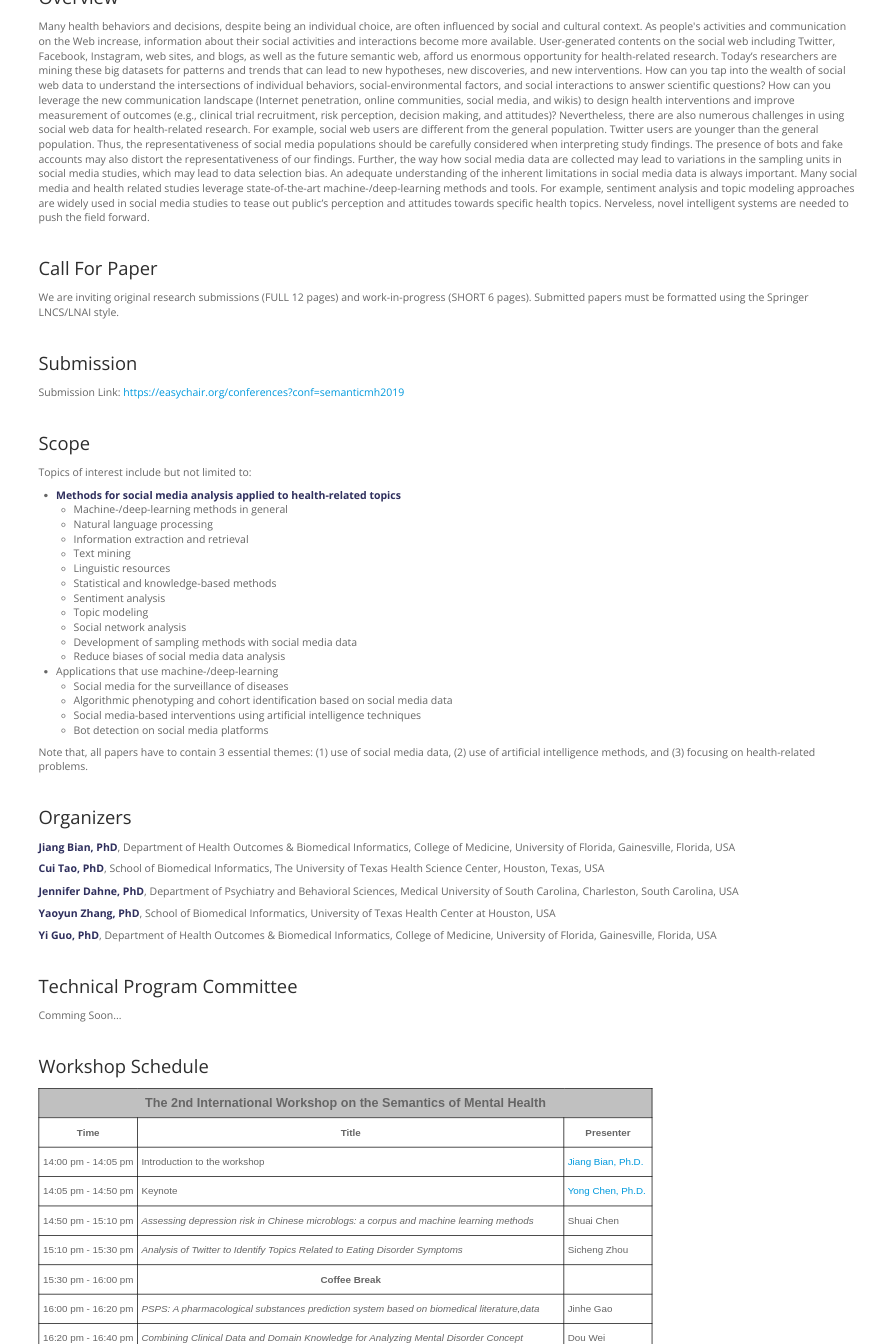
Repository: bianjiang/semantics-powered.org
Page: ISSWHR-2020/index.html
An editor plug-in stored every save of this project. The page is shown before and after a run of saves, followed by the edit.
The browser window is 1280 px wide. The pictures show the part of the page from y = 405 to 2325 px (the page is 2612 px tall), at 70% of full size.
Some web libraries are served in a nearby version.

Above is the page before, as saved 2019-10-26 17:02:40.
Console error (its wording comes from the project's code and is left out).

### ISSWHR-2020/index.html
<!DOCTYPE html>
<!--[if lt IE 7]>      <html class="no-js lt-ie9 lt-ie8 lt-ie7"> <![endif]-->
<!--[if IE 7]>         <html class="no-js lt-ie9 lt-ie8"> <![endif]-->
<!--[if IE 8]>         <html class="no-js lt-ie9"> <![endif]-->
<!--[if gt IE 8]><!-->
<html class="no-js">
<!--<![endif]-->

<head>
  <meta charset="utf-8">
  <meta http-equiv="X-UA-Compatible" content="IE=edge,chrome=1">
  <title></title>
  <meta name="description" content="">
  <meta name="viewport" content="width=device-width">

  <link rel="stylesheet" href="css/bootstrap.min.css">
  <style>
    body {
      padding-top: 60px;
      padding-bottom: 40px;
    }
  </style>
  <link rel="stylesheet" href="css/bootstrap-responsive.min.css">
  <link rel="stylesheet" href="css/main.css">

  <script src="js/vendor/modernizr-2.6.2-respond-1.1.0.min.js"></script>
</head>

<body class="preview" id="top" data-spy="scroll" data-target=".subnav" data-offset="80">
  <!--[if lt IE 7]>
            <p class="chromeframe">You are using an <strong>outdated</strong> browser. Please <a href="http://browsehappy.com/">upgrade your browser</a> or <a href="http://www.google.com/chromeframe/?redirect=true">activate Google Chrome Frame</a> to improve your experience.</p>
        <![endif]-->

  <!-- This code is taken from http://twitter.github.com/bootstrap/examples/hero.html -->

  <div class="navbar navbar-fixed-top">
    <div class="navbar-inner">
      <div class="container">

        <a class="btn btn-navbar" data-toggle="collapse" data-target=".nav-collapse">
                        <span class="icon-bar"></span>
                        <span class="icon-bar"></span>
                        <span class="icon-bar"></span>
                    </a>
        <a class="brand" href="#">&nbsp;</a>
        <div class="nav-collapse collapse">
          <ul class="nav">
            <li class="active"><a href="#">Home</a></li>
            <!--
                            <li><a href="#aboutxx">About</a></li>
                            <li><a href="#contact">Contact</a></li>
                            -->
          </ul>
        </div>

      </div>

    </div>
  </div>

  <div class="container">

    <!-- Main hero unit for a primary marketing message or call to action -->
    <!--
            <div class="hero-unit">
                <h1>Hello, world!</h1>
                <p>This is a template for a simple marketing or informational website. It includes a large callout called the hero unit and three supporting pieces of content. Use it as a starting point to create something more unique.</p>
                <p><a class="btn btn-primary btn-large">Learn more &raquo;</a></p>
            </div>
            -->
    <!-- Masthead
================================================== -->
    <header class="jumbotron subhead" id="overview">
      <div class="row">
        <div class="span12">
          <br/>
          <h2>Intelligent Systems in Social Web and Health Research 2020 (ISSWHR 2020)</h2>
          <p>In conjunction with the <a href="https://jsasaki3.wixsite.com/ieaaie2020" target="_blank">The 33th International Conference on Industrial, Engineering & Other Applications of Applied Intelligent Systems</a> (IEA/AIE 2020)</p>
          <p>To be held in Kitakyushu, Japan</p>
          <p>July 21-24, 2020</p>
        </div>
        <div class="span6">
          <!--
      <div class="bsa well">
          <div id="bsap_1277971" class="bsarocks bsap_c466df00a3cd5ee8568b5c4983b6bb19"></div>
      </div>
    -->
        </div>
      </div>
      <div class="subnav">
        <ul class="nav nav-pills">
          <li><a href="#history">History</a></li>
          <li><a href="#overview">Overview</a></li>
          <!-- <li><a href="#audience">Audience</a></li> -->
          <li><a href="#callforpaper">Call For Paper</a></li>
          <li><a href="#submissions">Submission</a></li>
          <!-- <li><a href="#rational">Rational</a></li>
          <li><a href="#workshopstructure">Workshop Structure</a></li> -->
          <!-- <li><a href="#publicity">Publicity</a></li> -->
          <li><a href="#scope">Scope</a></li>
          <li><a href="#organizers">Organizers</a></li>
          <li><a href="#techprogcom">Technical Program Committee</a></li>
        </ul>
      </div>
    </header>

    <!-- <section id="History">
      <div class="row">
        <div class="span12">
          <h3>History</h3>
          <p>The 1st International Workshop on the Semantics of Mental Health (SemanticMH 2018) was successfully organized and hosted in conjunction with the sixth IEEE International Conference on Healthcare Informatics (ICHI 2018) on June 7th, 2018 in New York City, NY, USA.  Overall, we received 7 high quality submissions and we accepted 6 of them.  The accepted papers were published in the IEEE ICHI 2018 workshop proceedings; and we invited the authors of these 6 accepted papers to submit an extended journal version to a special issue (“Special Issue: Semantics of Mental Health”) in the Health Informatics Journal (IF 3.021).
           All authors presented their work in ICHI 2018; and we have invited two keynote speakers (i.e., Drs. Jessie Tenenbaum and Piper Ranallo) from the Mental Health Informatics Working Group (WG) of the American Medical Informatics Association (AMIA) to present a report from the WG titled, “Mental Health Informatics and Knowledge Representation.”  Overall, SemanticsMH 2018 was highly successful and facilitated the exchange of scholar ideas from a group of interdisciplinary researches.
        </p>
        </div>
      </div>
    </section> -->

    <section id="overview">
      <div class="row">
        <div class="span12">
          <h3>Overview</h3>
          <p>Many health behaviors and decisions, despite being an individual choice, are often influenced by social and cultural context.  As people's activities and communication on the Web increase, information about their social activities and interactions become more available.  User-generated contents on the social web including Twitter, Facebook, Instagram, web sites, and blogs, as well as the future semantic web, afford us enormous opportunity for health-related research.  Today’s researchers are mining these big datasets for patterns and trends that can lead to new hypotheses, new discoveries, and new interventions.  How can you tap into the wealth of social web data to understand the intersections of individual behaviors, social-environmental factors, and social interactions to answer scientific questions?  How can you leverage the new communication landscape (Internet penetration, online communities, social media, and wikis) to design health interventions and improve measurement of outcomes (e.g., clinical trial recruitment, risk perception, decision making, and attitudes)?

            Nevertheless, there are also numerous challenges in using social web data for health-related research.  For example, social web users are different from the general population.  Twitter users are younger than the general population.  Thus, the representativeness of social media populations should be carefully considered when interpreting study findings.  The presence of bots and fake accounts may also distort the representativeness of our findings.  Further, the way how social media data are collected may lead to variations in the sampling units in social media studies, which may lead to data selection bias.  An adequate understanding of the inherent limitations in social media data is always important.

            Many social media and health related studies leverage state-of-the-art machine-/deep-learning methods and tools.  For example, sentiment analysis and topic modeling approaches are widely used in social media studies to tease out public’s perception and attitudes towards specific health topics.  Nerveless, novel intelligent systems are needed to push the field forward.
            </p>
        </div>
      </div>
    </section>

    <!-- <section id="audience">
      <div class="row">
        <div class="span12">
          <h3>Audience</h3>
          <p>The goal of this workshop is to bring experts in the field of natural language processing, knowledge representation, knowledge management, and health data analytics to discuss innovative analytical methods, applications, and tools to address problems in mental health.
        </p>
        </div>
      </div>
    </section> -->

    <section id="callforpaper">
      <div class="row">
        <div class="span12">
          <h3>Call For Paper</h3>
          <p>We are inviting original research submissions (FULL 12 pages) and work-in-progress (SHORT 6 pages).  Submitted papers must be formatted using the Springer LNCS/LNAI style.</p>
        </div>
      </div>
    </section>

    <section id="submissions">
      <div class="row">
        <div class="span12">
          <h3>Submission</h3>
          <p>Submission Link: <a href="https://easychair.org/conferences?conf=semanticmh2019" target="_blank">https://easychair.org/conferences?conf=semanticmh2019</a></p>
        </div>
      </div>
    </section>
    <!-- <section id="rational">
      <div class="row">
        <div class="span12">
          <h3>Rational</h3>
          <p>Our proposed workshop aims to provide an international platform for the researchers and scientists in the mental health communities to demonstrate research progresses, share ideas, address questions, and promote collaborations for better representation and analysis of mental health-related terminologies and clinical and research data.
        </p>
        </div>
      </div>
    </section> -->

    <!-- <section id="workshopstructure">
      <div class="row">
        <div class="span12">
          <h3>Workshop Structure</h3>
          <p>We propose a half-day SemanticMH workshop for this year. We will arrange 3 hours for paper presentations and 1 hour for extensive discussions. Different sessions will be arranged based on the topics of presentations. Depending on the number of papers accepted for presentation, each paper presentation will be restricted to 10-25 minutes for a full-length paper, and 5-15 minutes for a short-length paper. All the papers will be submitted and handled through EasyChair and go through peer reviews by at least two reviewers. After the full papers are accepted, we will work with the Health Informatics editors and reviewers to decide which papers will be formally invited for extension to be included in a thematic series in the Health Informatics journal.
        </p>
        </div>
      </div>
    </section>


    <section id="publicity">
      <div class="row">
        <div class="span12">
          <h3>Publicity</h3>
          <p>Various methods will be used for advertisement, including: (i) posting in email mailing lists and through private emails; (ii) creating a workshop discussion email list address and using it for sharing news and posting, (iii) posting in influential websites, (iv) phone calls to colleagues and friends who may be interested, (v) generating a workshop website dedicated to this event, and inviting potential attendees to visit, and (vi) generating a social networking website in LinkedIn to attract public attention, participation, and discussion. The main difference between the workshop website and the LinkedIn website will be that the workshop website is dedicated for posting the workshop information, and the LinkedIn website is used for social networking.
        </p>
        </div>
      </div>
    </section> -->

    <section id="scope">

      <div class="row">
        <div class="span12">
          <h3>Scope</h3>
          <p>Topics of interest include but not limited to:</p>
          <ul>
            <li>
              <b>Methods for social media analysis applied to health-related topics</b>
              <ul>
                <li>Machine-/deep-learning methods in general</li>
                <li>Natural language processing</li>
                <li>Information extraction and retrieval</li>
                <li>Text mining</li>
                <li>Linguistic resources</li>
                <li>Statistical and knowledge-based methods</li>
                <li>Sentiment analysis</li>
                <li>Topic modeling</li>
                <li>Social network analysis</li>
                <li>Development of sampling methods with social media data</li>
                <li>Reduce biases of social media data analysis</li>
              </ul>
            </li>
            <li>Applications that use machine-/deep-learning
              <ul>
                <li>Social media for the surveillance of diseases</li>
                <li>Algorithmic phenotyping and cohort identification based on social media data</li>
                <li>Social media-based interventions using artificial intelligence techniques</li>
                <li>Bot detection on social media platforms</li>
              </ul>
            </li>
          </ul>
          <p>Note that, all papers have to contain 3 essential themes: (1) use of social media data, (2) use of artificial intelligence methods, and (3) focusing on health-related problems.</p>
        </div>
      </div>
    </section>

    <section id="organizers">
      <div class="row">
        <div class="span12">
          <h3>Organizers</h3>
          <p><b>Jiang Bian, PhD</b>, Department of Health Outcomes & Biomedical Informatics, College of Medicine, University of Florida, Gainesville, Florida, USA</p>
          <p><b>Cui Tao, PhD</b>, School of Biomedical Informatics, The University of Texas Health Science Center, Houston, Texas, USA</p>
          <p><b>Jennifer Dahne, PhD</b>, Department of Psychiatry and Behavioral Sciences, Medical University of South Carolina, Charleston, South Carolina, USA</p>
          <p><b>Yaoyun Zhang, PhD</b>, School of Biomedical Informatics, University of Texas Health Center at Houston, USA</p></p>
          <p><b>Yi Guo, PhD</b>, Department of Health Outcomes & Biomedical Informatics, College of Medicine, University of Florida, Gainesville, Florida, USA</p></p>
        </div>
      </div>
    </section>

    <section id="techprogcom">
      <div class="row">
        <div class="span12">
          <h3>Technical Program Committee</h3>
          <p>Comming Soon...</p>
        </div>
      </div>
    </section>

    <section id="schedule">
      <div class="row">
        <div class="span12">
          <h3>Workshop Schedule</h3>
          <div>
            <style type="text/css">
              .tg  {border-collapse:collapse;border-spacing:0;}
              .tg td{font-family:Arial, sans-serif;font-size:14px;padding:10px 5px;border-style:solid;border-width:1px;overflow:hidden;word-break:normal;border-color:black;}
              .tg th{font-family:Arial, sans-serif;font-size:14px;font-weight:normal;padding:10px 5px;border-style:solid;border-width:1px;overflow:hidden;word-break:normal;border-color:black;}
              .tg .tg-s6z2{text-align:center}
              .tg .tg-baqh{text-align:center;vertical-align:top}
              .tg .tg-j8xs{font-weight:bold;font-size:18px;background-color:#c0c0c0;text-align:center;vertical-align:top}
              .tg .tg-hgcj{font-weight:bold;text-align:center}
              .tg .tg-amwm{font-weight:bold;text-align:center;vertical-align:top}
              .tg .tg-s268{text-align:left}
              .tg .tg-0lax{text-align:left;vertical-align:top}
              .tg .tg-8zwo{font-style:italic;text-align:left;vertical-align:top}
              </style>
              <table class="tg" style="undefined;table-layout:fixed;width:876px;">
              <colgroup>
              <col style="width: 141px">
              <col style="width: 609px">
              <col style="width: 126px">
              </colgroup>
                <tr>
                  <th class="tg-j8xs" colspan="3">The 2nd International Workshop on the Semantics of Mental Health</th>
                </tr>
                <tr>
                  <td class="tg-hgcj">Time</td>
                  <td class="tg-hgcj">Title</td>
                  <td class="tg-amwm">Presenter</td>
                </tr>
                <tr>
                  <td class="tg-s6z2">14:00 pm - 14:05 pm</td>
                  <td class="tg-s268">Introduction to the workshop</td>
                  <td class="tg-0lax"><a target="_blank" href="https://hobi.med.ufl.edu/about/faculty-directory-2/bian-jiang/">Jiang Bian, Ph.D.</a></td>
                </tr>
                <tr>
                  <td class="tg-s6z2">14:05 pm - 14:50 pm</td>
                  <td class="tg-s268">Keynote</td>
                  <td class="tg-0lax"><a target="_blank" href="https://dbe.med.upenn.edu/biostat-research/YongChen">Yong Chen, Ph.D.</a></td>
                </tr>
                <tr>
                  <td class="tg-baqh">14:50 pm - 15:10 pm</td>
                  <td class="tg-8zwo">Assessing depression risk in Chinese microblogs: a corpus and machine learning methods</td>
                  <td class="tg-0lax">Shuai Chen</td>
                </tr>
                <tr>
                  <td class="tg-baqh">15:10 pm - 15:30 pm</td>
                  <td class="tg-8zwo">Analysis of Twitter to Identify Topics Related to Eating Disorder Symptoms</td>
                  <td class="tg-0lax">Sicheng Zhou</td>
                </tr>
                <tr>
                  <td class="tg-baqh">15:30 pm - 16:00 pm</td>
                  <td class="tg-amwm">Coffee Break</td>
                  <td class="tg-0lax"></td>
                </tr>
                <tr>
                  <td class="tg-baqh">16:00 pm - 16:20 pm</td>
                  <td class="tg-8zwo">PSPS: A pharmacological substances prediction system based on biomedical literature,data</td>
                  <td class="tg-0lax">Jinhe Gao</td>
                </tr>
                <tr>
                  <td class="tg-baqh">16:20 pm - 16:40 pm</td>
                  <td class="tg-8zwo">Combining Clinical Data and Domain Knowledge for Analyzing Mental Disorder Concept Relatedness,and Usage</td>
                  <td class="tg-0lax">Dou Wei</td>
                </tr>
                <tr>
                  <td class="tg-baqh">16:40 pm - 17:00 pm</td>
                  <td class="tg-8zwo">STAT: A Web-based Semantic Text Annotation Tool to Assist Building Mental Health Knowledge Base</td>
                  <td class="tg-0lax">Xing He</td>
                </tr>
                <tr>
                  <td class="tg-baqh">17:00 pm - 17:20 pm</td>
                  <td class="tg-8zwo">Systematic Design of Drug Repurposing-oriented Alzheimer’s Disease Ontology</td>
                  <td class="tg-0lax">Cui Tao</td>
                </tr>
              </table>
          </div>
        </div>
      </div>
    </section>
    <hr>
    <h4><b>Contact:</b> Jiang Bian; <a href="mailto:bianjiang@ufl.edu">bianjiang@ufl.edu</a></h4>
    <footer>
      <p>&copy; SemanticMH 2019</p>
    </footer>

  </div>
  <!-- /container -->

  <script src="//ajax.googleapis.com/ajax/libs/jquery/1.9.1/jquery.min.js"></script>
  <script>
    window.jQuery || document.write('<script src="js/vendor/jquery-1.9.1.min.js"><\/script>')
  </script>

  <script src="js/vendor/bootstrap.min.js"></script>

  <script src="js/plugins.js"></script>
  <script src="js/main.js"></script>
  <script>
      (function (i, s, o, g, r, a, m) {
i['GoogleAnalyticsObject'] = r; i[r] = i[r] || function () {
        (i[r].q = i[r].q || []).push(arguments)
      }, i[r].l = 1 * new Date(); a = s.createElement(o),
        m = s.getElementsByTagName(o)[0]; a.async = 1; a.src = g; m.parentNode.insertBefore(a, m)
      })(window, document, 'script', 'https://www.google-analytics.com/analytics.js', 'ga');

    ga('create', 'UA-50982144-4', 'auto');
    ga('send', 'pageview');
  </script>
</body>

</html>

Loaded but not shown: ISSWHR-2020/css/bootstrap.min.css (library); ISSWHR-2020/css/bootstrap-responsive.min.css (library); ISSWHR-2020/js/vendor/modernizr-2.6.2-respond-1.1.0.min.js (library); ISSWHR-2020/js/vendor/bootstrap.min.js (library); ISSWHR-2020/js/main.js (95 lines, source omitted); ISSWHR-2020/js/plugins.js (24 lines, source omitted); ISSWHR-2020/css/main.css (463 lines, source omitted)

After the next 4 saves:
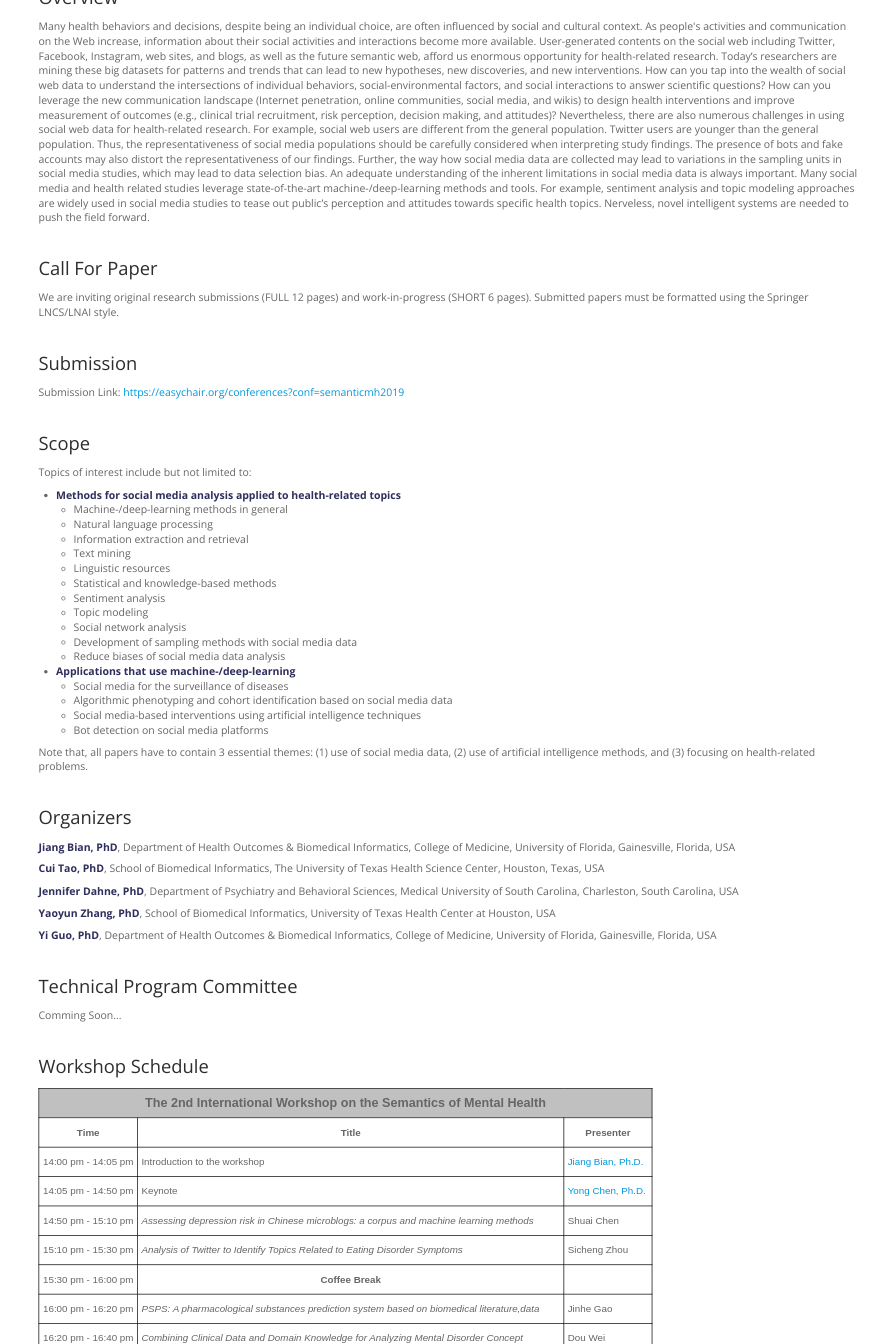
The 4 saves are shown as one change because they came seconds apart.
The last was saved 11 s later.
--- a/ISSWHR-2020/index.html
+++ b/ISSWHR-2020/index.html
@@ -210,7 +210,8 @@
                 <li>Reduce biases of social media data analysis</li>
               </ul>
             </li>
-            <li>Applications that use machine-/deep-learning
+            <li>
+              <b>Applications that use machine-/deep-learning</b>
               <ul>
                 <li>Social media for the surveillance of diseases</li>
                 <li>Algorithmic phenotyping and cohort identification based on social media data</li>
